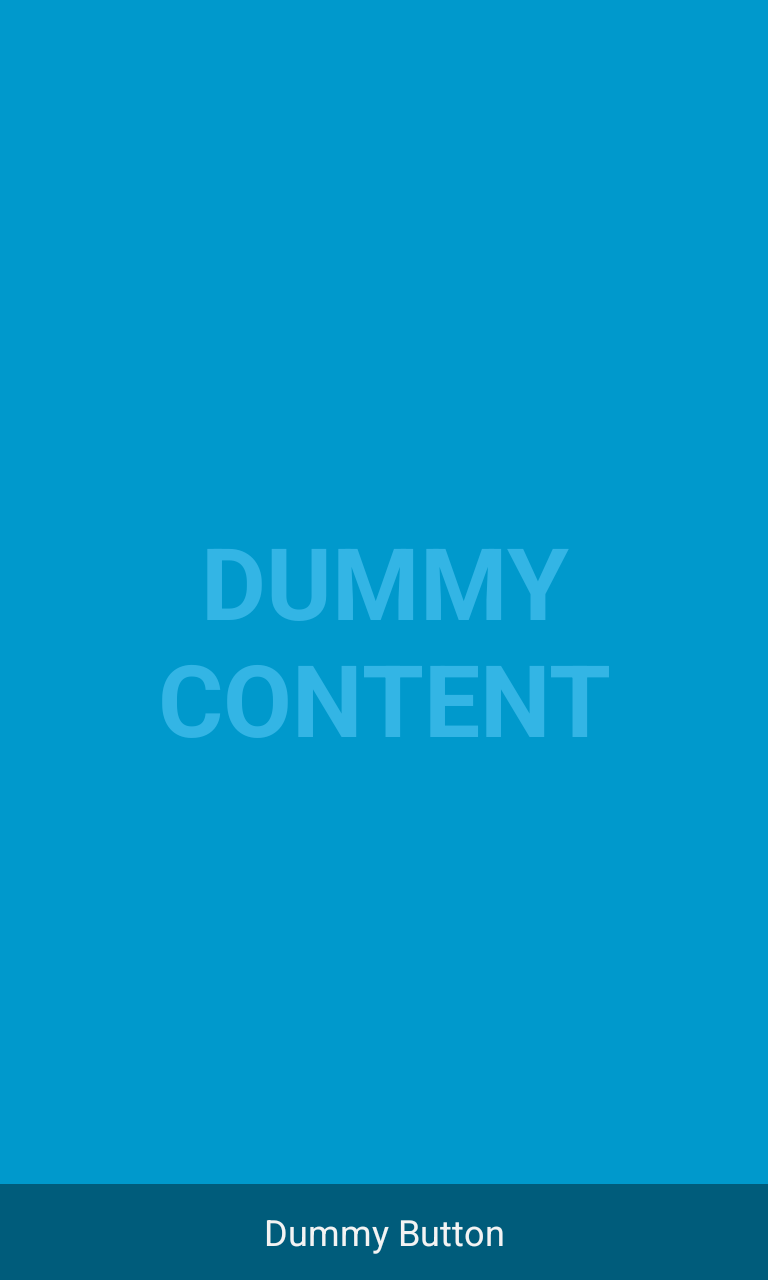
Repository: jronnen7/virtualassistant
Layout: VirtualAssistant/res/layout/activity_main.xml
The author's editor kept a copy of each file at every save. The layout is drawn from the files as they stood at one save, then again after the next save.
It is drawn on a 768 x 1280 px phone screen (xhdpi) without system bars, with theme FullscreenTheme; the app's code is not run.

Above is the layout before, as saved 2015-09-09 20:16:34.

### VirtualAssistant/res/layout/activity_main.xml
<FrameLayout xmlns:android="http://schemas.android.com/apk/res/android"
    xmlns:tools="http://schemas.android.com/tools"
    android:layout_width="match_parent"
    android:layout_height="match_parent"
    android:background="#0099cc"
    tools:context=".MainActivity" >

    <!--
         The primary full-screen view. This can be replaced with whatever view
         is needed to present your content, e.g. VideoView, SurfaceView,
         TextureView, etc.
    -->

    <TextView
        android:id="@+id/fullscreen_content"
        android:layout_width="match_parent"
        android:layout_height="match_parent"
        android:gravity="center"
        android:keepScreenOn="true"
        android:text="@string/dummy_content"
        android:textColor="#33b5e5"
        android:textSize="50sp"
        android:textStyle="bold" />

    <!--
         This FrameLayout insets its children based on system windows using
         android:fitsSystemWindows.
    -->

    <FrameLayout
        android:layout_width="match_parent"
        android:layout_height="match_parent"
        android:fitsSystemWindows="true" >

        <LinearLayout
            android:id="@+id/fullscreen_content_controls"
            style="?buttonBarStyle"
            android:layout_width="match_parent"
            android:layout_height="wrap_content"
            android:layout_gravity="bottom|center_horizontal"
            android:background="@color/black_overlay"
            android:orientation="horizontal"
            tools:ignore="UselessParent" >

            <Button
                android:id="@+id/dummy_button"
                style="?buttonBarButtonStyle"
                android:layout_width="0dp"
                android:layout_height="wrap_content"
                android:layout_weight="1"
                android:text="@string/dummy_button" />
        </LinearLayout>
    </FrameLayout>

</FrameLayout>

### VirtualAssistant/res/values/strings.xml
<?xml version="1.0" encoding="utf-8"?>
<resources>

    <string name="app_name">VirtualAssistant</string>
    <string name="dummy_content">DUMMY\nCONTENT</string>
    <string name="dummy_button">Dummy Button</string>

</resources>

Loaded but not shown: VirtualAssistant/res/values-v11/styles.xml (common file); VirtualAssistant/res/values/styles.xml (common file); VirtualAssistant/res/values/colors.xml (common file)

After the next save:
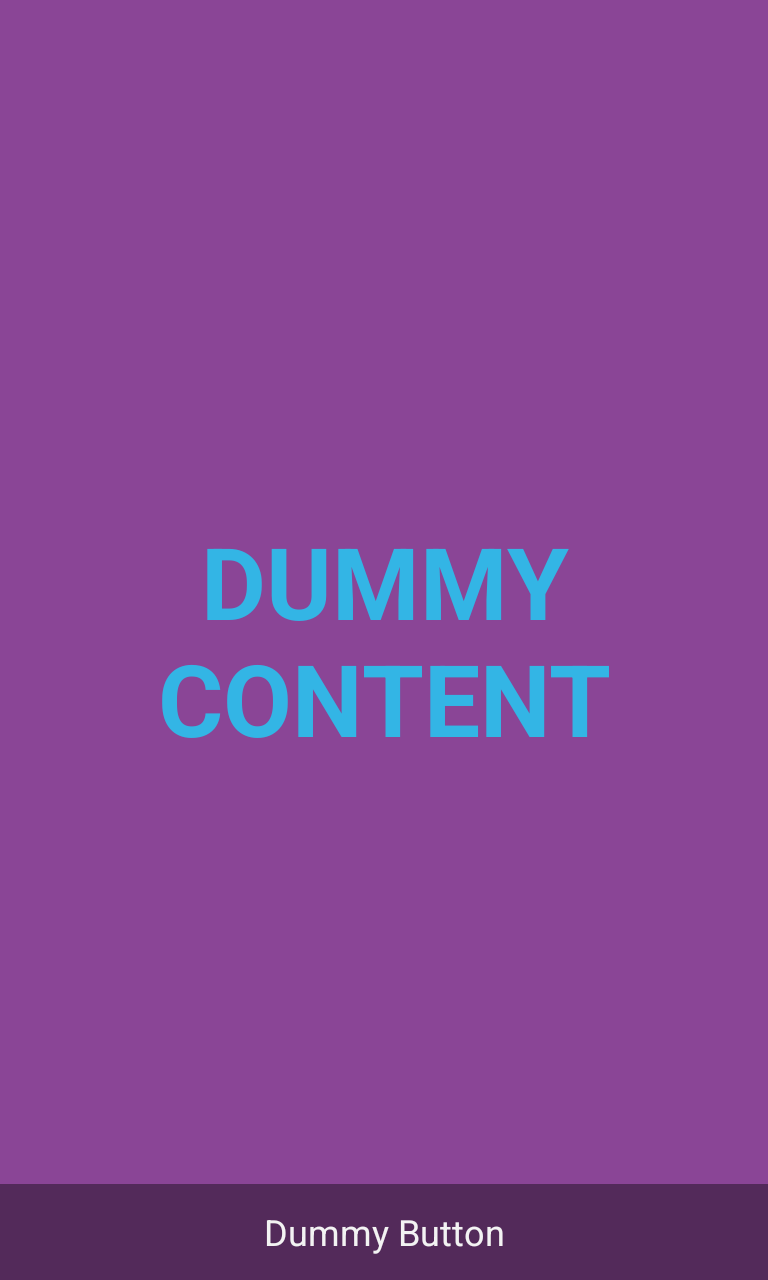
Saved 37 min 37 s later.
--- a/VirtualAssistant/res/layout/activity_main.xml
+++ b/VirtualAssistant/res/layout/activity_main.xml
@@ -2,7 +2,7 @@
     xmlns:tools="http://schemas.android.com/tools"
     android:layout_width="match_parent"
     android:layout_height="match_parent"
-    android:background="#0099cc"
+    android:background="#8A4596"
     tools:context=".MainActivity" >
 
     <!--
